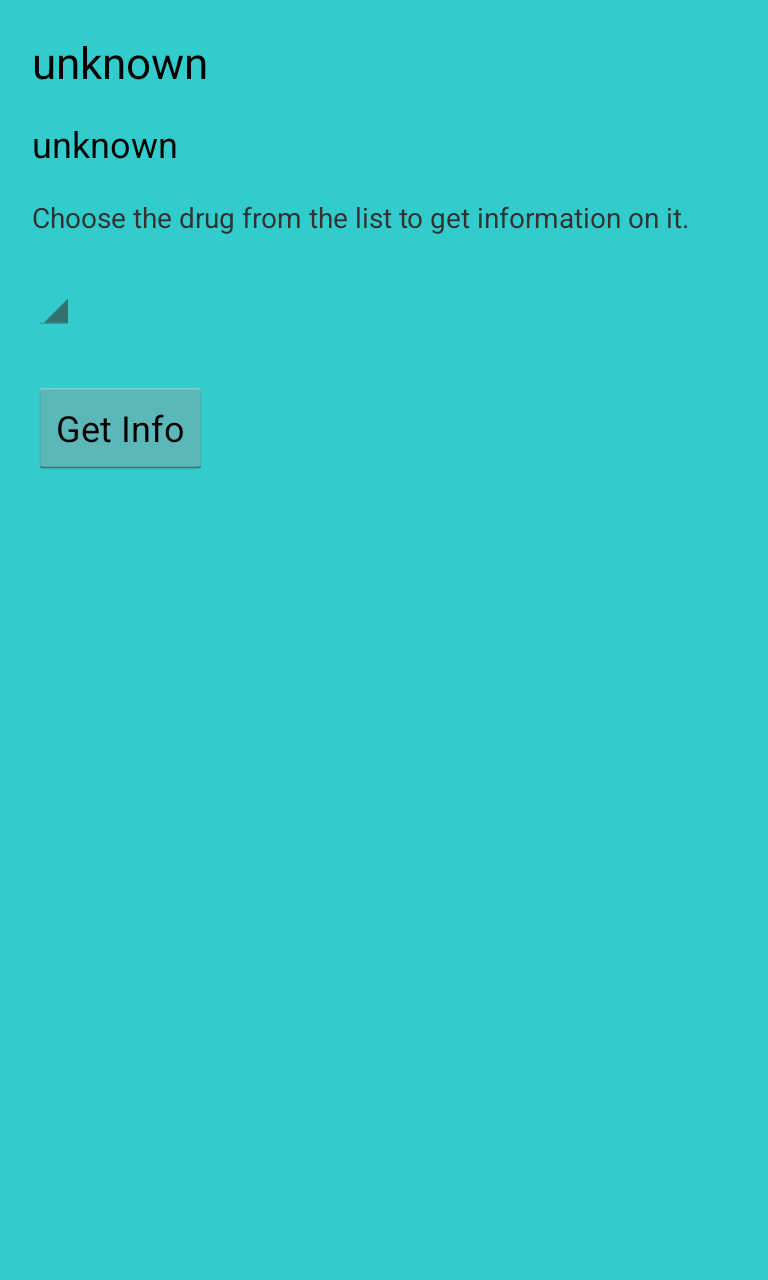
Repository: rosingrr/EECE-Andriod-APP-SympMeds
Layout: app/SympMeds/res/layout/activity_drug_list.xml
An editor plug-in stored every save of this project. The layout is shown before and after the next save, followed by the edit.
It is drawn on a 768 x 1280 px phone screen (xhdpi) without system bars, with theme AppTheme; the app's code is not run.

Above is the layout before, as saved 2013-07-18 14:05:44.

### app/SympMeds/res/layout/activity_drug_list.xml
<RelativeLayout xmlns:android="http://schemas.android.com/apk/res/android"
    xmlns:tools="http://schemas.android.com/tools"
    android:layout_width="match_parent"
    android:layout_height="match_parent"
    android:background="@color/color2"
    android:paddingBottom="@dimen/activity_vertical_margin"
    android:paddingLeft="@dimen/activity_horizontal_margin"
    android:paddingRight="@dimen/activity_horizontal_margin"
    android:paddingTop="@dimen/activity_vertical_margin"
    tools:context=".DrugList" >

    <Spinner
        android:id="@+id/spinner2"
        android:layout_width="wrap_content"
        android:layout_height="wrap_content"
        android:layout_alignLeft="@+id/drugDir_textView"
        android:layout_below="@+id/drugDir_textView"
        android:layout_marginTop="16dp"
        android:prompt="@string/drug_selector" />

    <Button
        android:id="@+id/button1"
        android:layout_width="wrap_content"
        android:layout_height="wrap_content"
        android:layout_alignLeft="@+id/spinner2"
        android:layout_below="@+id/spinner2"
        android:layout_marginTop="24dp"
        android:onClick="getInfo"
        android:text="@string/get_info" />

    <TextView
        android:id="@+id/symName_textView"
        android:layout_width="wrap_content"
        android:layout_height="wrap_content"
        android:layout_alignParentLeft="true"
        android:layout_alignParentTop="true"
        android:text="@string/unknown"
        android:textAppearance="?android:attr/textAppearanceLarge" />

    <TextView
        android:id="@+id/drugDir_textView"
        android:layout_width="wrap_content"
        android:layout_height="wrap_content"
        android:layout_alignLeft="@+id/symName_textView"
        android:layout_below="@+id/sympDesc_textView"
        android:layout_marginTop="15dp"
        android:text="@string/instructions" />

    <TextView
        android:id="@+id/sympDesc_textView"
        android:layout_width="wrap_content"
        android:layout_height="wrap_content"
        android:layout_alignLeft="@+id/drugDir_textView"
        android:layout_below="@+id/symName_textView"
        android:layout_marginTop="14dp"
        android:text="@string/unknown"
        android:textAppearance="?android:attr/textAppearanceMedium" />

</RelativeLayout>

### app/SympMeds/res/values/colors.xml
<?xml version="1.0" encoding="utf-8"?>
<resources>
    <color name="red">#ffff0000</color>
    <color name="green">#ff00ff00</color>
    <color name="blue">#ff0000ff</color>
    <color name="transparent_red">#ffff0000</color>
    <color name="steel_blue">#ff4682B4</color>
    <color name="crimson">#ffdc143c</color>
    <color name="sea_green">#ff2e8b57</color>
    <color name="aqua_marine">#ff7fffd4</color>
    <color name="white">#ffffffff</color>
    <color name="darker_aqua_marine">#ff3f7f6a</color>
    <color name="color1">#ff66cccc</color>
    <color name="color2">#ff33cccc</color>
    <color name="color3">#ff00cccc</color>
</resources>

### app/SympMeds/res/values/strings.xml
<?xml version="1.0" encoding="utf-8"?>
<resources>

    <string name="empty"></string>
    <string name="app_name">SympMeds</string>
    <string name="action_settings">Settings</string>
    <string name="description">This app allows you to search for medication by the symptom you are experiencing.\nThis app is not meant to replace a medical physician. It is only intended to help find non-prescribed medication. If symptom(s) persist/severe, it is suggested to go see a doctor.</string>
    <string name="med_name">enter name of medication</string>
    <string name="search">Search</string>
    <string name="symptom_selector">select the symptom</string>
    <string name="start">Start</string>

    <string-array name="symptom_list">
        <item>fevor</item>
        <item>headache</item>
        <item>coughing</item>
        <item>cold</item>
        <item>flu</item>
    </string-array>
    <string-array name="symptom_description">
        <item>An elevation of body temperature above the normal range of 97.7–99.5 °F (36.5–37.5 °C).</item>
        <item>Pain anywhere in the region of the head or neck.</item>
        <item>Sudden and often repetitively occurring reflex which helps to clear the large breathing passages from secretions, irritants, foreign particles and microbes.</item>
        <item>A viral infectious disease of the upper respiratory tract which affects primarily the nose. Symptoms include coughing, sore throat, runny nose, sneezing, and fever which usually resolve in seven to ten days, with some symptoms lasting up to three weeks.</item>
        <item>Caused by the influenza viruses. The most common symptoms are chills, fever, runny nose, sore throat, muscle pains, headache (often severe), coughing, weakness/fatigue and general discomfort.</item>
    </string-array>

    <string name="title_activity_drug_list">DrugList</string>
    <string name="instructions">Choose the drug from the list to get information on it.</string>
    <string name="get_info">Get Info</string>
    <string name="drug_selector">choose drug</string>

    <string-array name="drug_list">
        <item>demo drug</item>
    </string-array>
    <string-array name="fever_list">
        <item>Advil</item>
    </string-array>
    <string-array name="headache_list">
        <item>Tylenol</item>
    </string-array>
    <string-array name="coughing_list">
        <item>Vicks</item>
    </string-array>
    <string-array name="cold_list">
        <item>Robitussin</item>
    </string-array>
    <string-array name="flu_list">
        <item>Sudafed</item>
    </string-array>

    <string name="title_activity_drug_info">DrugInfo</string>
    <string name="drug_name">demo drug</string>
    <string name="treats">Symptoms it treats:</string>
    <string name="problems">Potential side-effects:</string>
    <string name="how_to">Directions of use:</string>
    <string name="unknown">unknown</string>
    <string name="title_activity_symptom_list">SympList</string>
    <string name="hello_world">Hello world!</string>

</resources>

Loaded but not shown: app/SympMeds/res/values/styles.xml (common file); app/SympMeds/res/values-v11/styles.xml (common file); app/SympMeds/res/values-v14/styles.xml (common file); app/SympMeds/res/values/dimens.xml (common file)

After the next save:
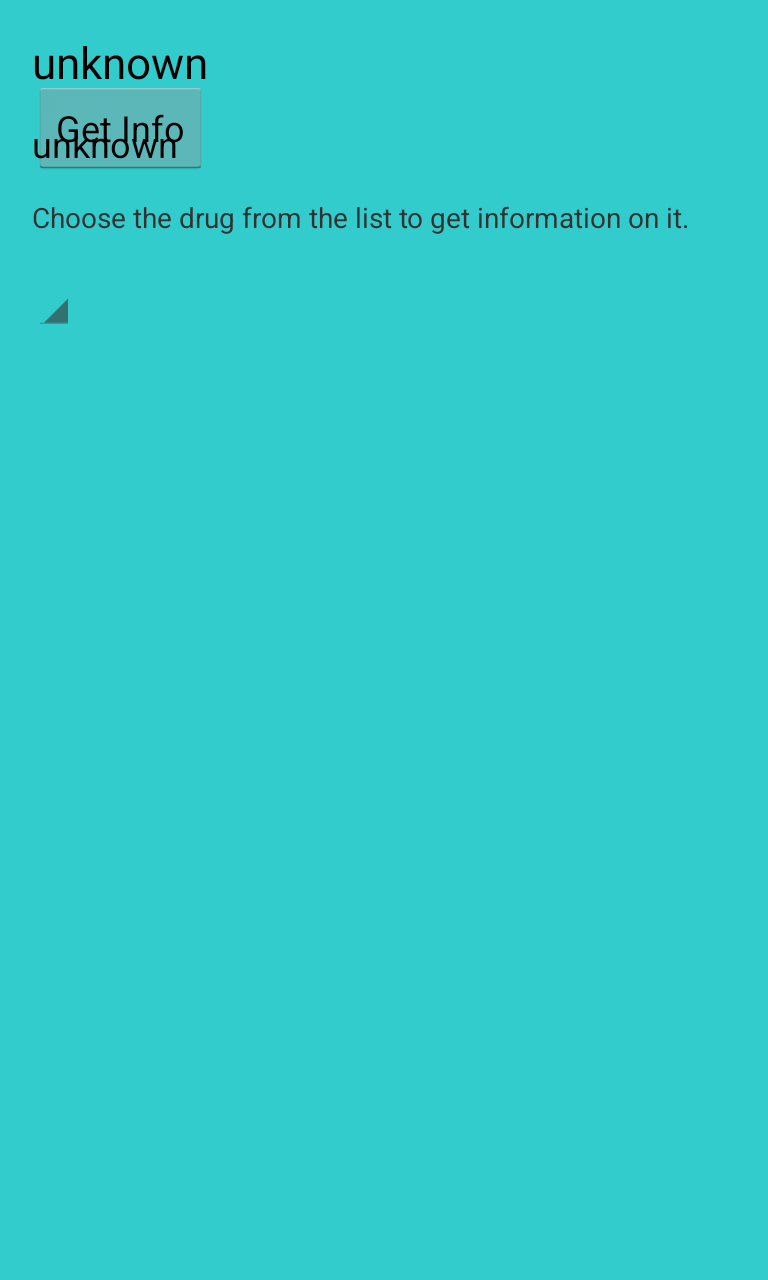
Saved 25 s later.
--- a/app/SympMeds/res/layout/activity_drug_list.xml
+++ b/app/SympMeds/res/layout/activity_drug_list.xml
@@ -10,7 +10,7 @@
     tools:context=".DrugList" >
 
     <Spinner
-        android:id="@+id/spinner2"
+        android:id="@+id/drug_spinner"
         android:layout_width="wrap_content"
         android:layout_height="wrap_content"
         android:layout_alignLeft="@+id/drugDir_textView"

After the save that followed:
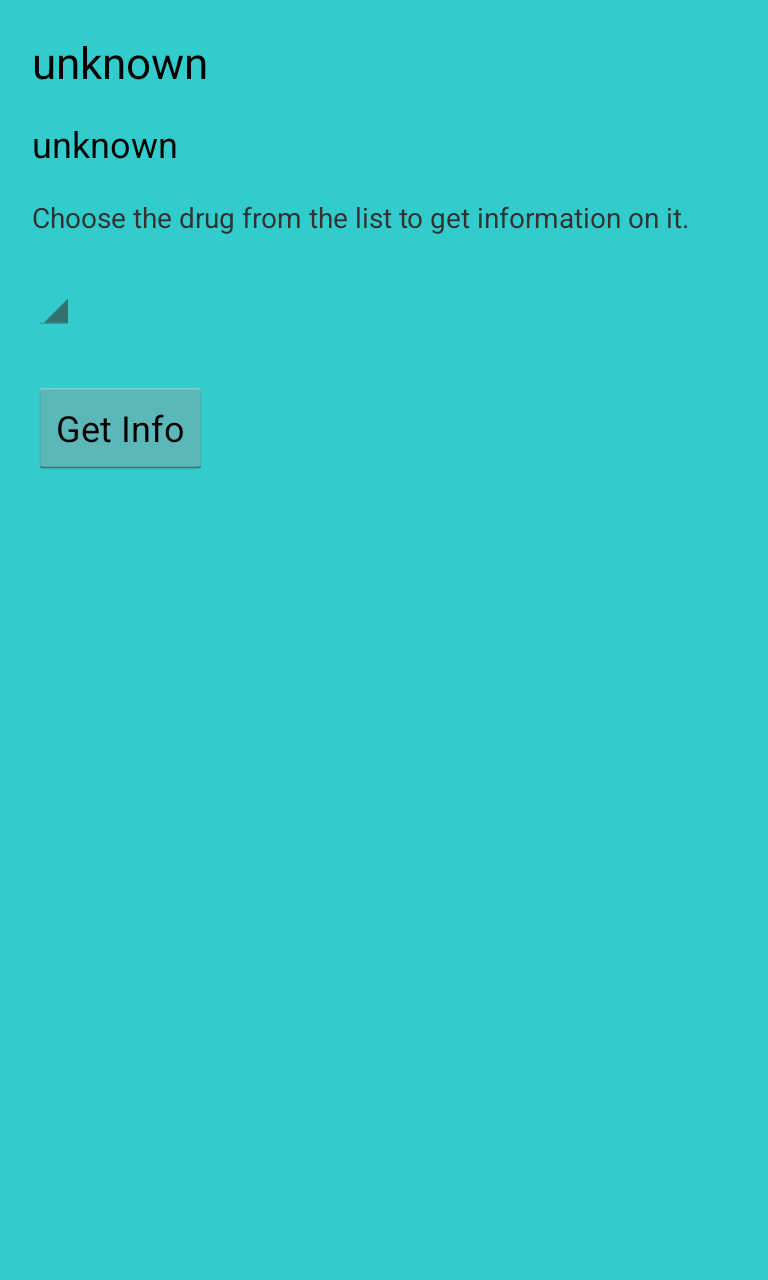
Saved 21 s later.
--- a/app/SympMeds/res/layout/activity_drug_list.xml
+++ b/app/SympMeds/res/layout/activity_drug_list.xml
@@ -22,8 +22,8 @@
         android:id="@+id/button1"
         android:layout_width="wrap_content"
         android:layout_height="wrap_content"
-        android:layout_alignLeft="@+id/spinner2"
-        android:layout_below="@+id/spinner2"
+        android:layout_alignLeft="@+id/drug_spinner"
+        android:layout_below="@+id/drug_spinner"
         android:layout_marginTop="24dp"
         android:onClick="getInfo"
         android:text="@string/get_info" />
